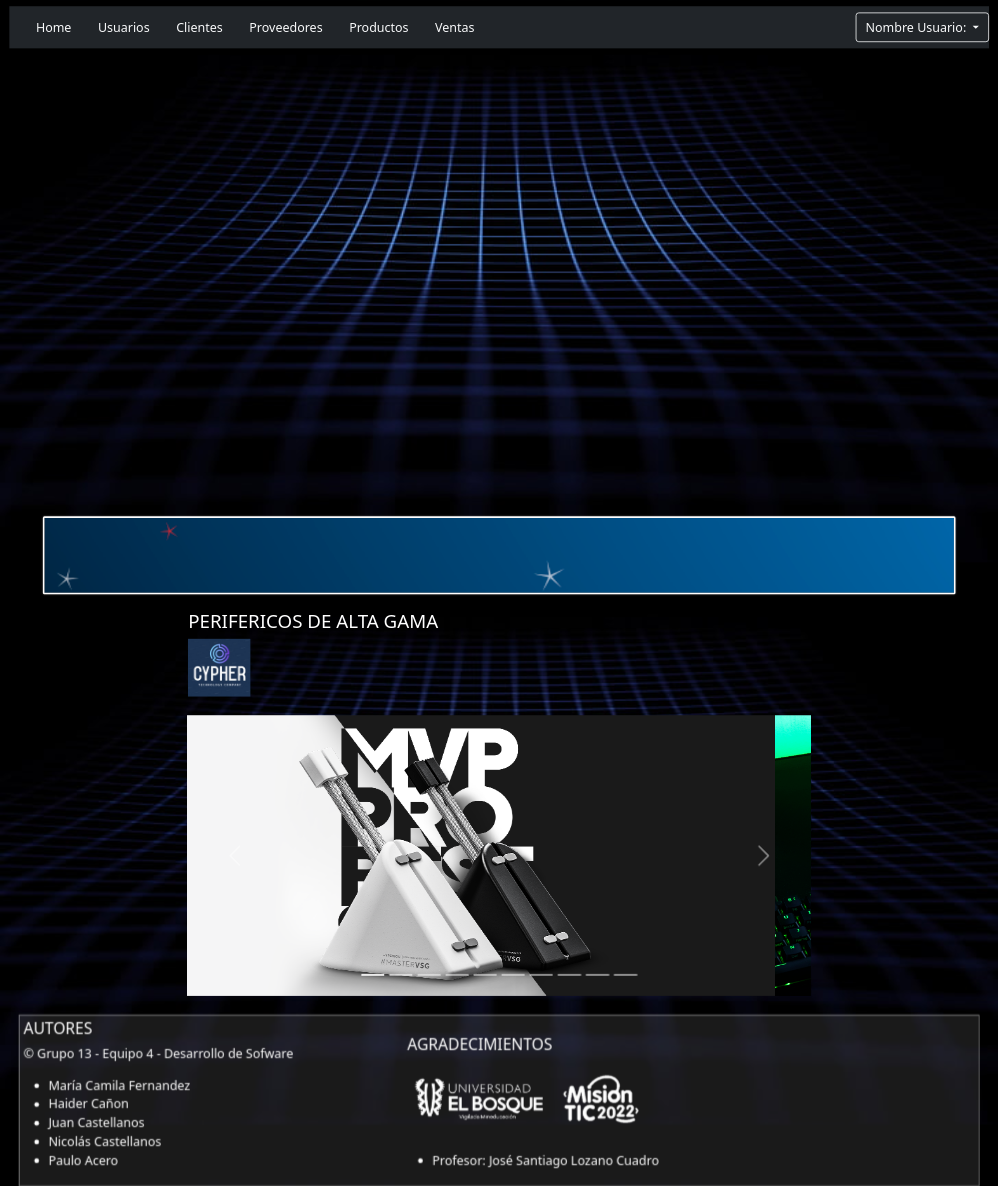
Repository: Grupo13E4/Tienda_Cypher
Page: http://localhost/Ciclo3demo/Principal.jsp
These files come from the project's save history. The page is drawn as it stood at one moment and after the next save; the edit follows.
The browser window is 1280 px wide. The pictures show the whole page, at 78% of full size.
Backgrounds fixed to the window are drawn as part of the page. The page is served by Tomcat 9. The template is opened directly, without the code that normally fills it, so the values that code supplies are empty.

Above is the page before, as saved 2021-09-24 16:06:10.

After the next save:
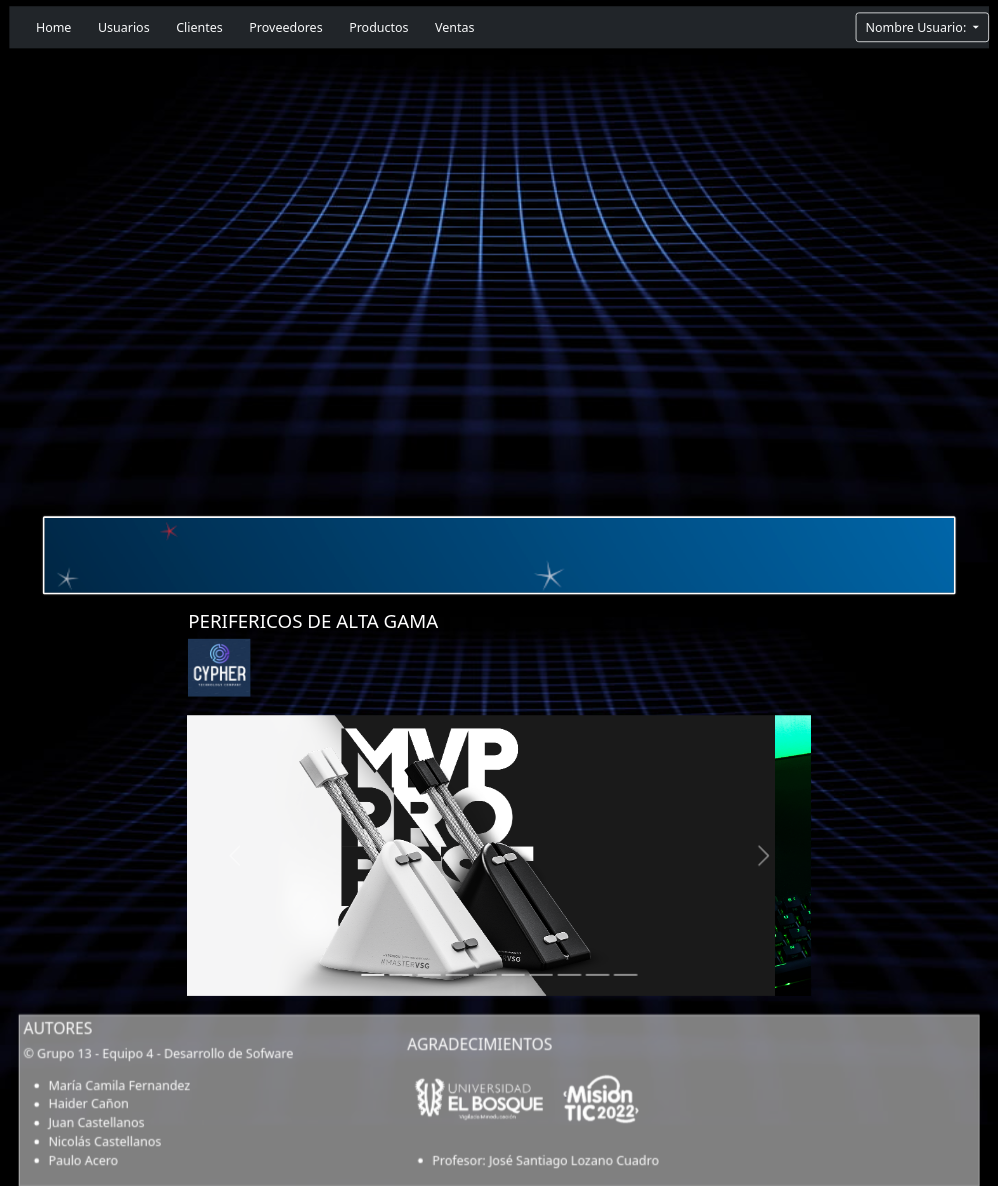
Saved 36 s later.
--- a/Ciclo3demo/src/main/webapp/cssPrincipal.css
+++ b/Ciclo3demo/src/main/webapp/cssPrincipal.css
@@ -75,7 +75,7 @@
 	width: 100%;
 	margin-top: 20px;
 	padding: 5px;
-	background-color: rgba(255, 255, 255, 0.1);
+	background-color: rgba(255, 255, 255, 0.5);
 	backdrop-filter: blur(2px);
 	border: solid 1px rgba(255, 255, 255, 0.5);
 	color: white;
